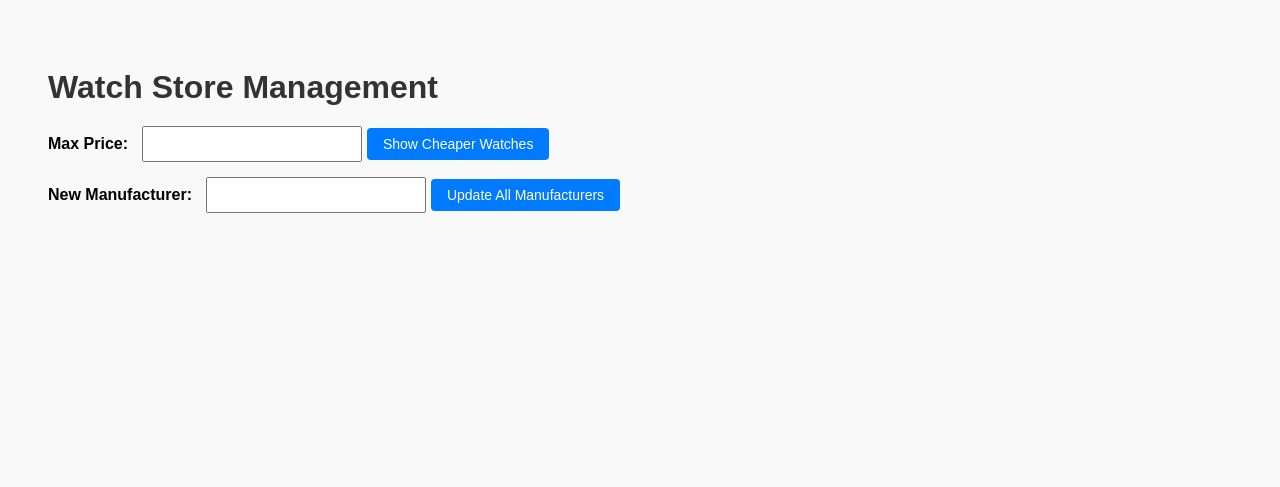
Repository: MaksimKrupkin/lab5
Page: public/index.html
An editor plug-in stored every save of this project. The page is shown before and after the next save, followed by the edit.
The browser window is 1280 px wide. The pictures show the whole page.

Above is the page before, as saved 2025-04-29 17:35:32.

### public/index.html
<!DOCTYPE html>
<html>
  <head>
    <title>Watch Store</title>
    <style>
      body {
        font-family: Arial, sans-serif;
        padding: 40px;
        background-color: #f9f9f9;
      }

      h1 {
        color: #333;
        font-size: 32px;
        margin-bottom: 20px;
      }

      .input-group {
        margin: 15px 0;
      }

      label {
        font-weight: bold;
        margin-right: 10px;
      }

      input[type='number'],
      input[type='text'] {
        padding: 8px;
        font-size: 14px;
        width: 200px;
      }

      button {
        padding: 8px 16px;
        font-size: 14px;
        background-color: #007bff;
        color: white;
        border: none;
        border-radius: 4px;
        cursor: pointer;
      }

      button:hover {
        background-color: #0056b3;
      }

      #result {
        margin-top: 20px;
        font-size: 16px;
        color: #222;
      }

      strong {
        color: #444;
      }
    </style>
  </head>
  <body>
    <h1>Watch Store Management</h1>

    <div class="input-group">
      <label>Max Price: </label>
      <input type="number" id="maxPrice" />
      <button onclick="getCheaperWatches()">Show Cheaper Watches</button>
    </div>

    <div class="input-group">
      <label>New Manufacturer: </label>
      <input type="text" id="newManufacturer" />
      <button onclick="updateManufacturer()">Update All Manufacturers</button>
    </div>

    <div id="result"></div>

    <script>
      async function getCheaperWatches() {
        try {
          const maxPrice = document.getElementById('maxPrice').value;
          const response = await fetch(
            `http://localhost:3000/watches/cheaper-than?maxPrice=${maxPrice}`,
          );

          if (!response.ok) {
            throw new Error(`HTTP error! Status: ${response.status}`);
          }

          const brands = await response.json();
          document.getElementById('result').innerHTML = `<strong>Brands:</strong> ${
            brands.join(', ') || 'None'
          }`;
        } catch (error) {
          console.error('Error:', error);
          alert('Failed to fetch brands. Check the console for details.');
        }
      }

      async function updateManufacturer() {
        try {
          const newManufacturer = document.getElementById('newManufacturer').value;
          const response = await fetch('http://localhost:3000/watches/manufacturer', {
            method: 'PUT',
            headers: { 'Content-Type': 'application/json' },
            body: JSON.stringify({ manufacturer: newManufacturer }),
          });

          if (!response.ok) {
            throw new Error(`HTTP error! Status: ${response.status}`);
          }

          alert('Manufacturer updated successfully!');
        } catch (error) {
          console.error('Error:', error);
          alert('Failed to update manufacturer. Check the console for details.');
        }
      }
    </script>
  </body>
</html>

After the next save:
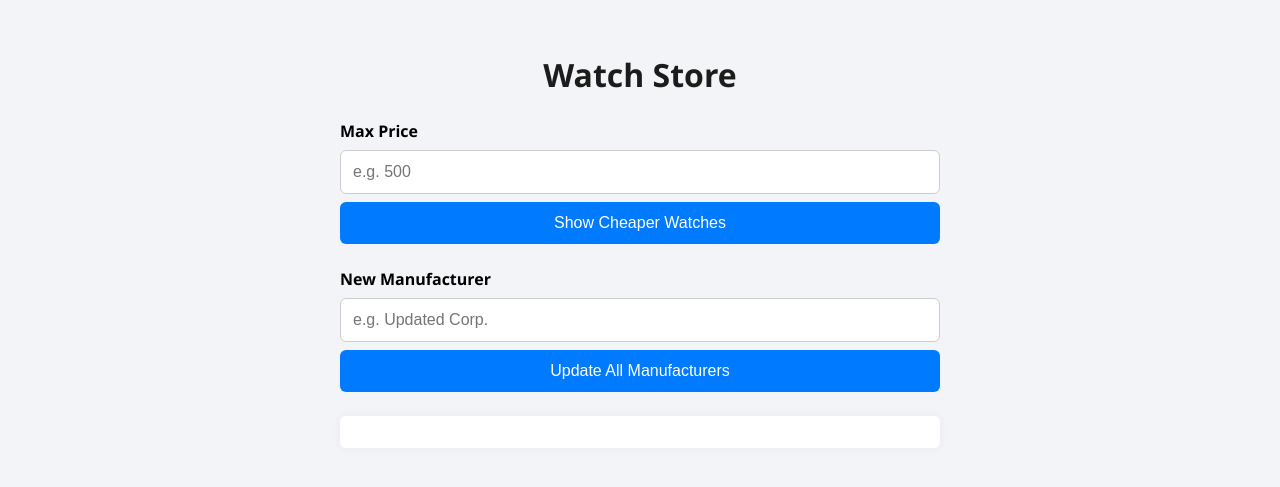
Saved 23 s later.
--- a/public/index.html
+++ b/public/index.html
@@ -1,43 +1,47 @@
 <!DOCTYPE html>
-<html>
+<html lang="en">
   <head>
+    <meta charset="UTF-8" />
     <title>Watch Store</title>
     <style>
       body {
-        font-family: Arial, sans-serif;
-        padding: 40px;
-        background-color: #f9f9f9;
+        font-family: 'Segoe UI', Tahoma, Geneva, Verdana, sans-serif;
+        background: #f2f4f8;
+        padding: 2rem;
+        max-width: 600px;
+        margin: auto;
       }
 
       h1 {
-        color: #333;
-        font-size: 32px;
-        margin-bottom: 20px;
+        color: #1c1c1c;
+        text-align: center;
       }
 
       .input-group {
-        margin: 15px 0;
+        margin: 1.5rem 0;
+        display: flex;
+        flex-direction: column;
       }
 
       label {
-        font-weight: bold;
-        margin-right: 10px;
+        font-weight: 600;
+        margin-bottom: 0.5rem;
       }
 
-      input[type='number'],
-      input[type='text'] {
-        padding: 8px;
-        font-size: 14px;
-        width: 200px;
+      input,
+      button {
+        padding: 0.75rem;
+        font-size: 1rem;
+        border-radius: 6px;
+        border: 1px solid #ccc;
       }
 
       button {
-        padding: 8px 16px;
-        font-size: 14px;
         background-color: #007bff;
         color: white;
         border: none;
-        border-radius: 4px;
+        margin-top: 0.5rem;
+        transition: background-color 0.3s;
         cursor: pointer;
       }
 
@@ -49,25 +53,25 @@
         margin-top: 20px;
         font-size: 16px;
         color: #222;
-      }
-
-      strong {
-        color: #444;
+        background-color: #fff;
+        padding: 1rem;
+        border-radius: 6px;
+        box-shadow: 0 0 10px rgba(0, 0, 0, 0.05);
       }
     </style>
   </head>
   <body>
-    <h1>Watch Store Management</h1>
+    <h1>Watch Store</h1>
 
     <div class="input-group">
-      <label>Max Price: </label>
-      <input type="number" id="maxPrice" />
+      <label for="maxPrice">Max Price</label>
+      <input type="number" id="maxPrice" placeholder="e.g. 500" />
       <button onclick="getCheaperWatches()">Show Cheaper Watches</button>
     </div>
 
     <div class="input-group">
-      <label>New Manufacturer: </label>
-      <input type="text" id="newManufacturer" />
+      <label for="newManufacturer">New Manufacturer</label>
+      <input type="text" id="newManufacturer" placeholder="e.g. Updated Corp." />
       <button onclick="updateManufacturer()">Update All Manufacturers</button>
     </div>
 
@@ -75,43 +79,25 @@
 
     <script>
       async function getCheaperWatches() {
-        try {
-          const maxPrice = document.getElementById('maxPrice').value;
-          const response = await fetch(
-            `http://localhost:3000/watches/cheaper-than?maxPrice=${maxPrice}`,
-          );
-
-          if (!response.ok) {
-            throw new Error(`HTTP error! Status: ${response.status}`);
-          }
-
-          const brands = await response.json();
-          document.getElementById('result').innerHTML = `<strong>Brands:</strong> ${
-            brands.join(', ') || 'None'
-          }`;
-        } catch (error) {
-          console.error('Error:', error);
-          alert('Failed to fetch brands. Check the console for details.');
-        }
+        const maxPrice = document.getElementById('maxPrice').value;
+        const res = await fetch(`/watches/cheaper-than?maxPrice=${maxPrice}`);
+        const brands = await res.json();
+        document.getElementById('result').innerHTML = `<strong>Brands:</strong> ${
+          brands.join(', ') || 'None'
+        }`;
       }
 
       async function updateManufacturer() {
-        try {
-          const newManufacturer = document.getElementById('newManufacturer').value;
-          const response = await fetch('http://localhost:3000/watches/manufacturer', {
-            method: 'PUT',
-            headers: { 'Content-Type': 'application/json' },
-            body: JSON.stringify({ manufacturer: newManufacturer }),
-          });
-
-          if (!response.ok) {
-            throw new Error(`HTTP error! Status: ${response.status}`);
-          }
-
-          alert('Manufacturer updated successfully!');
-        } catch (error) {
-          console.error('Error:', error);
-          alert('Failed to update manufacturer. Check the console for details.');
+        const newManufacturer = document.getElementById('newManufacturer').value;
+        const res = await fetch('/watches/manufacturer', {
+          method: 'PUT',
+          headers: { 'Content-Type': 'application/json' },
+          body: JSON.stringify({ manufacturer: newManufacturer }),
+        });
+        if (res.ok) {
+          alert('Manufacturer updated!');
+        } else {
+          alert('Error updating manufacturer.');
         }
       }
     </script>
